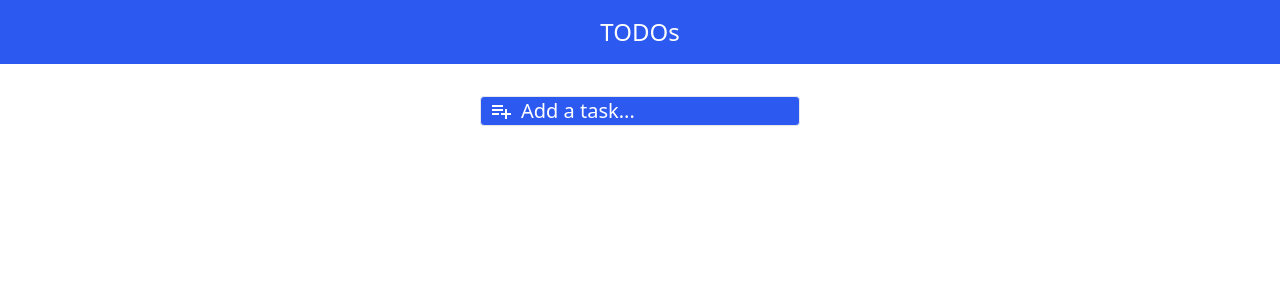
Repository: Jay-JYKim91/wanted-pre-onboarding-challenge-fe-1
Page: /
These files come from the project's save history. The page is drawn as it stood at one moment and after the next save; the edit follows.
The browser window is 1280 px wide. The pictures show the whole page.
The project was rebuilt for these pictures with package versions that can differ from the ones it lists, and the page was loaded fresh each time. Also part of the build but not shown: src/page/Auth.tsx.

Above is the page before, as saved 2022-08-01 22:15:32.

After the next save:
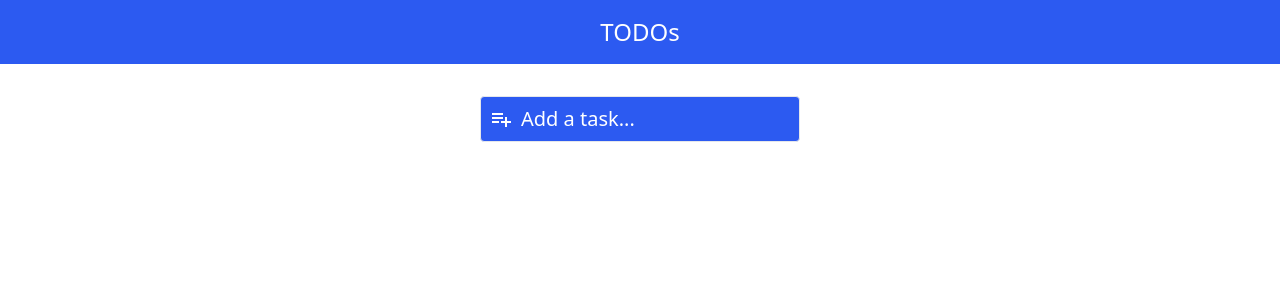
Saved 5 s later.
--- a/src/page/Main.tsx
+++ b/src/page/Main.tsx
@@ -6,7 +6,7 @@ function Main() {
     <div className="max-w-xs mx-auto my-8">
       <button
         type="button"
-        className="flex items-center border rounded bg-primary-900 text-white px-2 w-full"
+        className="flex items-center border rounded bg-primary-900 text-white p-2 w-full"
       >
         <MdPlaylistAdd className="mr-2 text-2xl" />
         <span className="text-xl">Add a task...</span>
